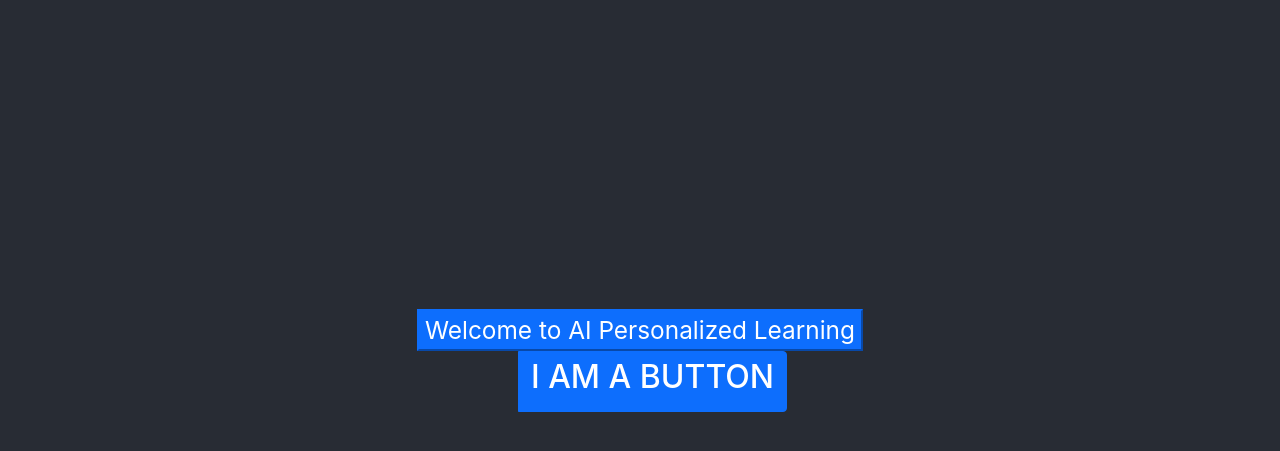
Repository: SP23-CSCE482/team_hunnid_app
Page: /
The author's editor kept a copy of each file at every save. The page is drawn from the files as they stood at one save, then again after the next save.
The browser window is 1280 px wide. The pictures show the whole page.
The project was rebuilt for these pictures with package versions that can differ from the ones it lists, and the page was loaded fresh each time.

Above is the page before, as saved 2023-02-08 20:01:33.

### public/index.html
<!DOCTYPE html>
<html lang="en">
  <head>
    <meta charset="utf-8" />
    <link rel="icon" href="%PUBLIC_URL%/favicon.ico" />
    <meta name="viewport" content="width=device-width, initial-scale=1" />
    <meta name="theme-color" content="#000000" />
    <meta
      name="description"
      content="Web site created using create-react-app"
    />
    <link rel="apple-touch-icon" href="%PUBLIC_URL%/logo192.png" />
    <!--
      manifest.json provides metadata used when your web app is installed on a
      user's mobile device or desktop. See https://developers.google.com/web/fundamentals/web-app-manifest/
    -->
    <link rel="manifest" href="%PUBLIC_URL%/manifest.json" />
    <!--
      Notice the use of %PUBLIC_URL% in the tags above.
      It will be replaced with the URL of the `public` folder during the build.
      Only files inside the `public` folder can be referenced from the HTML.

      Unlike "/favicon.ico" or "favicon.ico", "%PUBLIC_URL%/favicon.ico" will
      work correctly both with client-side routing and a non-root public URL.
      Learn how to configure a non-root public URL by running `npm run build`.
    -->
    <title>React App</title>
    <link
      rel="stylesheet"
      href="https://cdn.jsdelivr.net/npm/bootstrap@5.1.3/dist/css/bootstrap.min.css"
      integrity="sha384-1BmE4kWBq78iYhFldvKuhfTAU6auU8tT94WrHftjDbrCEXSU1oBoqyl2QvZ6jIW3"
      crossorigin="anonymous"
    />
  </head>
  <body>
    <noscript>You need to enable JavaScript to run this app.</noscript>
    <div id="root"></div>
    <script
      src="https://cdn.jsdelivr.net/npm/bootstrap@5.1.3/dist/js/bootstrap.bundle.min.js"
      integrity="sha384-ka7Sk0Gln4gmtz2MlQnikT1wXgYsOg+OMhuP+IlRH9sENBO0LRn5q+8nbTov4+1p"
      crossorigin="anonymous"
    ></script>

    <!--
      This HTML file is a template.
      If you open it directly in the browser, you will see an empty page.

      You can add webfonts, meta tags, or analytics to this file.
      The build step will place the bundled scripts into the <body> tag.

      To begin the development, run `npm start` or `yarn start`.
      To create a production bundle, use `npm run build` or `yarn build`.
    -->
  </body>
</html>

### src/App.js
import logo from './logo.svg'
import './App.css'

function App() {
  return (
    <div className="App">
      <header className="App-header">
        <button className={`btn-primary`}>
          Welcome to AI Personalized Learning
        </button>
        <div className="btn-group">
          <button
            className={`text-capitalize btn btn-lg"`}
            type="button"
          ></button>
          <button type="button" className={`btn btn-large btn-primary`}>
            <h2>I AM A BUTTON</h2>
            <span className="visually-hidden">Toggle Dropdown</span>
          </button>
        </div>
      </header>
      {/* <header className="App-header">
        <img src={logo} className="App-logo" alt="logo" />
        <p>
          Edit <code>src/App.js</code> and save to reload.
        </p>
        <a
          className="App-link"
          href="https://reactjs.org"
          target="_blank"
          rel="noopener noreferrer"
        >
          Learn React
        </a>
      </header> */}
    </div>
  )
}

export default App

Loaded but not shown: src/index.js (common file); src/index.css (common file); src/reportWebVitals.js (common file); src/App.css (common file)

After the next save:
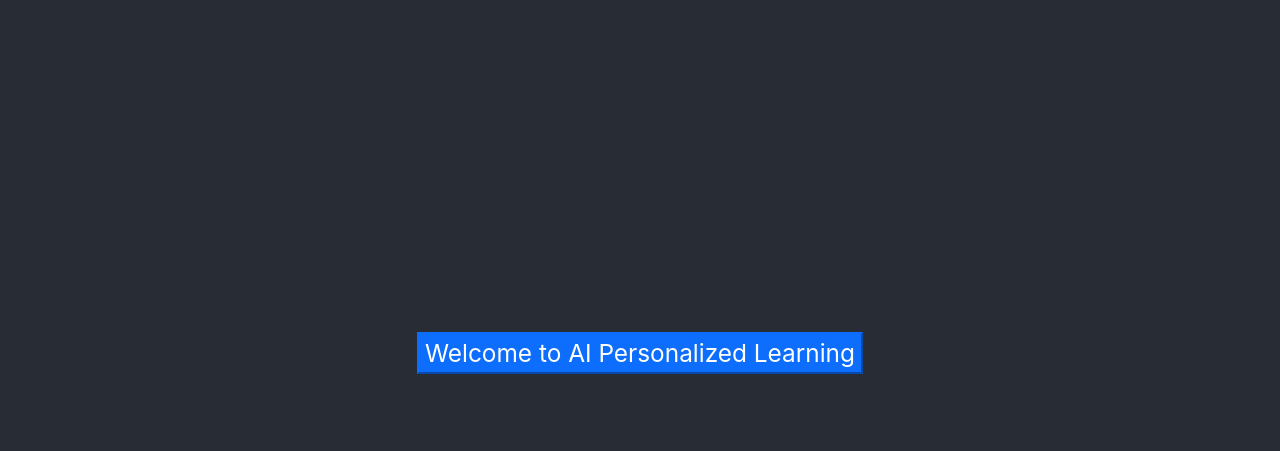
Saved 10 s later.
--- a/src/App.js
+++ b/src/App.js
@@ -13,10 +13,6 @@
             className={`text-capitalize btn btn-lg"`}
             type="button"
           ></button>
-          <button type="button" className={`btn btn-large btn-primary`}>
-            <h2>I AM A BUTTON</h2>
-            <span className="visually-hidden">Toggle Dropdown</span>
-          </button>
         </div>
       </header>
       {/* <header className="App-header">
